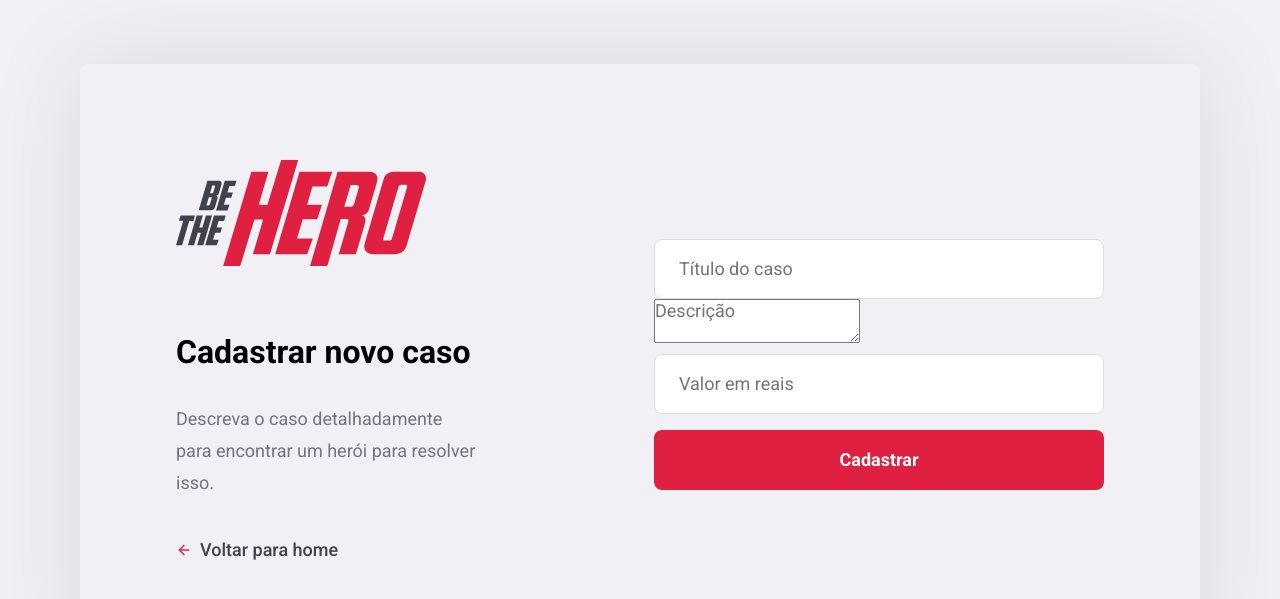
Repository: pedroevangelista/be-the-hero
Page: /incidents/new (app in frontend/)
The author's editor kept a copy of each file at every save. The page is drawn from the files as they stood at one save, then again after the next save.
The browser window is 1280 px wide. The pictures show the whole page.
The project was rebuilt for these pictures with package versions that can differ from the ones it lists, and the page was loaded fresh each time. Also part of the build but not shown: frontend/src/pages/Logon/styles.css, frontend/src/pages/Logon/index.js, frontend/src/pages/Register/styles.css, frontend/src/pages/Register/index.js, frontend/src/pages/Profile/styles.css, frontend/src/pages/Profile/index.js.

Above is the page before, as saved 2020-03-25 19:29:18.

After the next save:
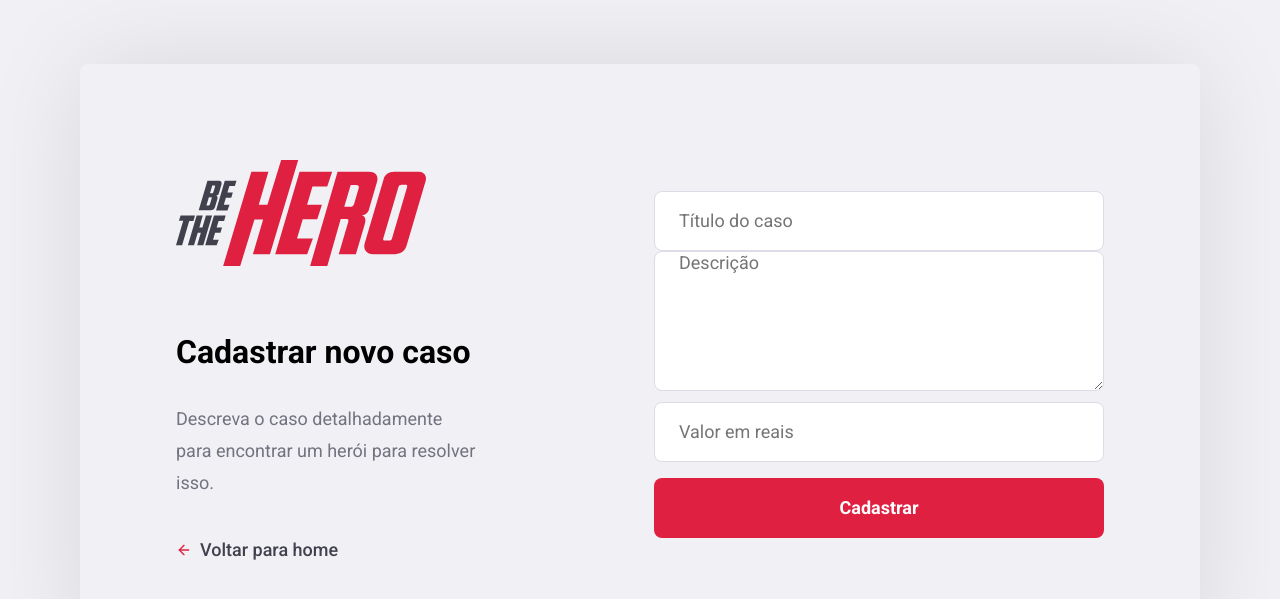
Saved 55 s later.
--- a/frontend/src/global.css
+++ b/frontend/src/global.css
@@ -23,6 +23,16 @@ button {
 
 form input {
     width: 100%;
+    height: 60px;
+    color: #333;
+    border: 1px solid #dcdce6;
+    border-radius: 8px;
+    padding: 0 24px;
+}
+
+form textarea {
+    width: 100%;
+    min-height: 140px;
     height: 60px;
     color: #333;
     border: 1px solid #dcdce6;
